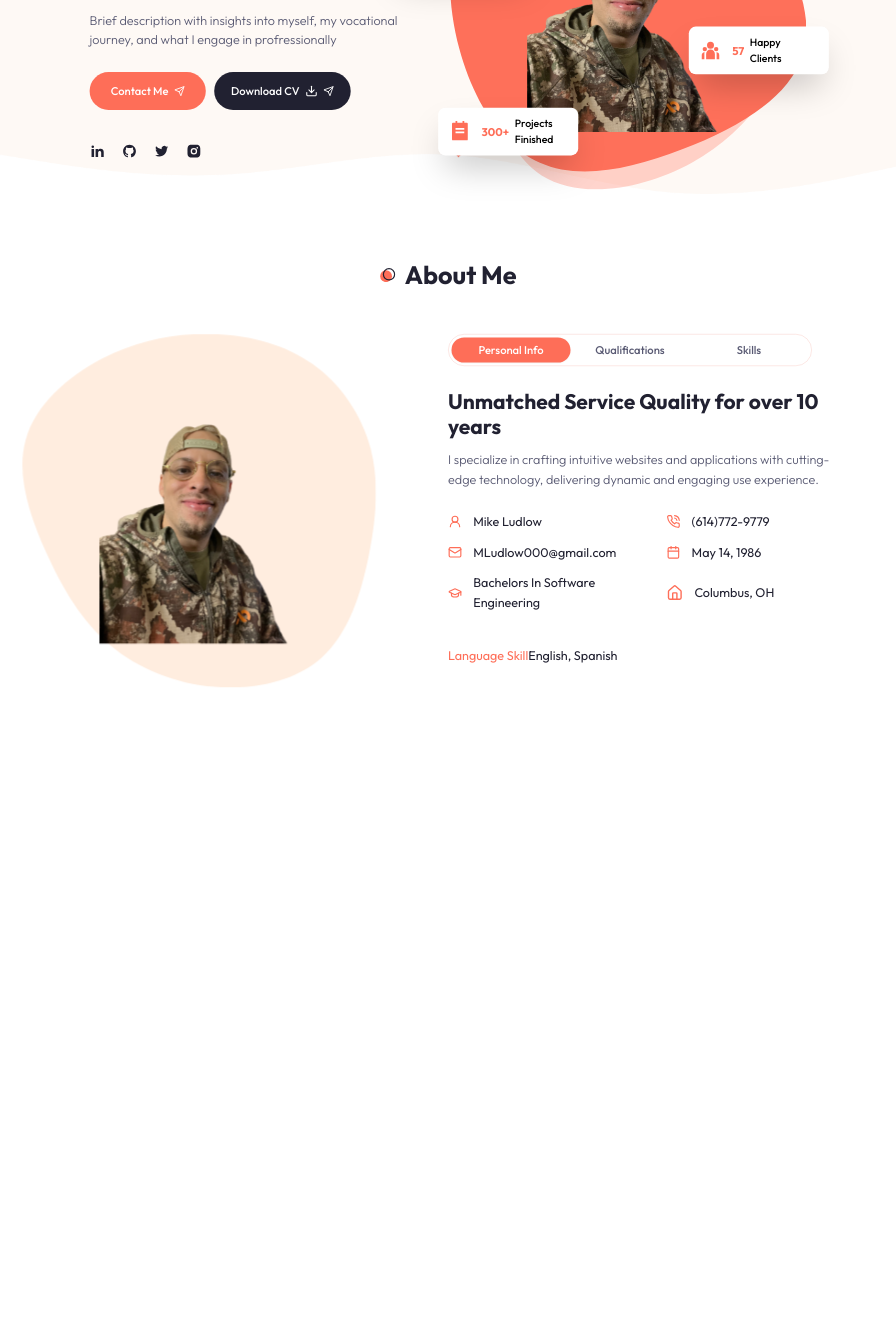
Repository: MikeeBuilds/mike-port
Page: /
The author's editor kept a copy of each file at every save. The page is drawn from the files as they stood at one save, then again after the next save.
The browser window is 1280 px wide. The pictures show the part of the page from y = 430 to 2350 px (the page is 5591 px tall), at 70% of full size.
The project was rebuilt for these pictures with package versions that can differ from the ones it lists, and the page was loaded fresh each time. The framework's server and built-in components were replaced by stand-ins that run in the browser. Also part of the build but not shown: next.config.js.

Above is the page before, as saved 2023-11-30 22:03:43.

After the next save:
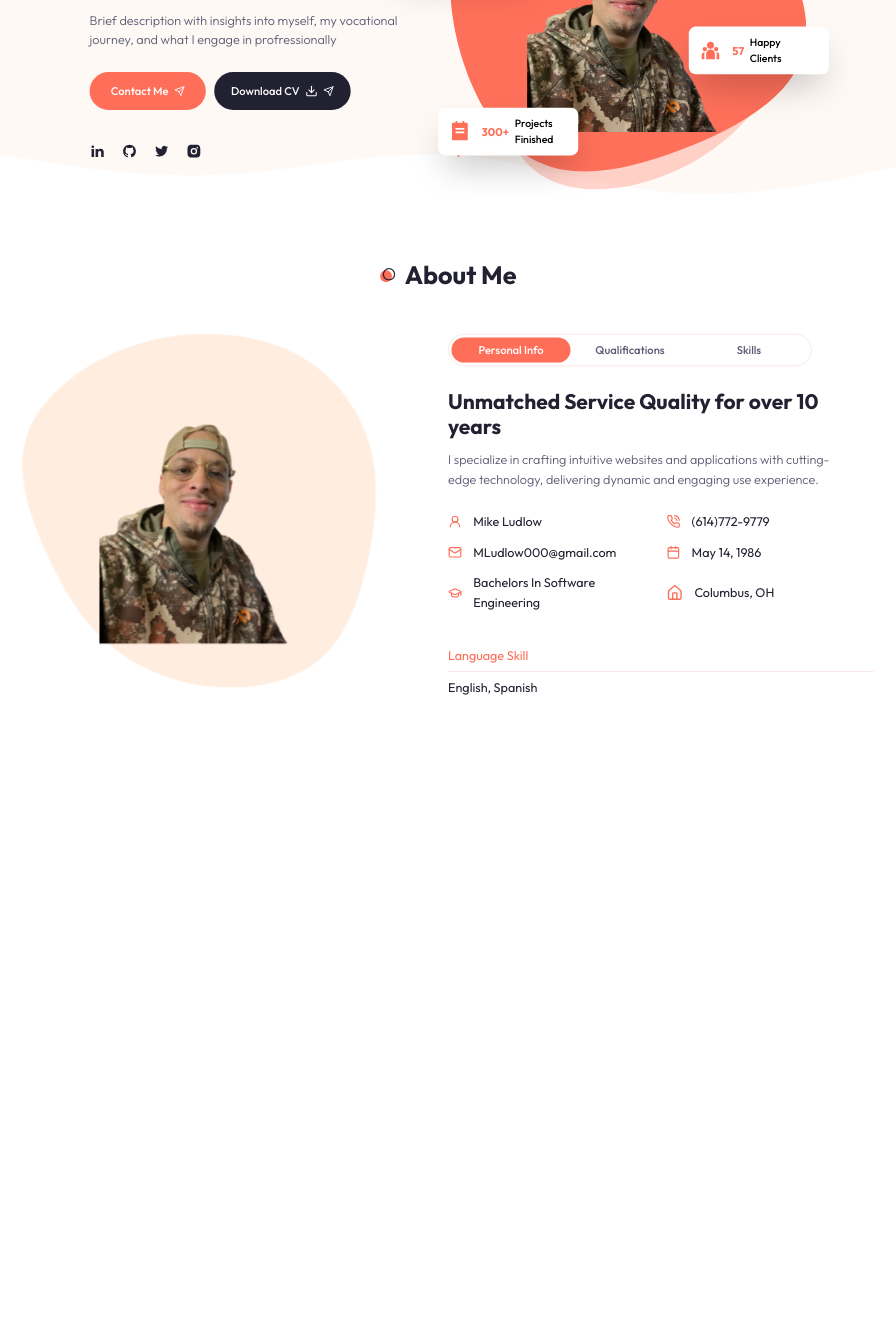
Saved 16 s later.
--- a/components/About.jsx
+++ b/components/About.jsx
@@ -183,7 +183,7 @@ const About = () => {
                       })}
                     </div>
                     {/* Languages */}
-                    <div className="flex lfex-col gap-y-2">
+                    <div className="flex flex-col gap-y-2">
                       <div className="text-primary">
                         Language Skill
                       </div>
